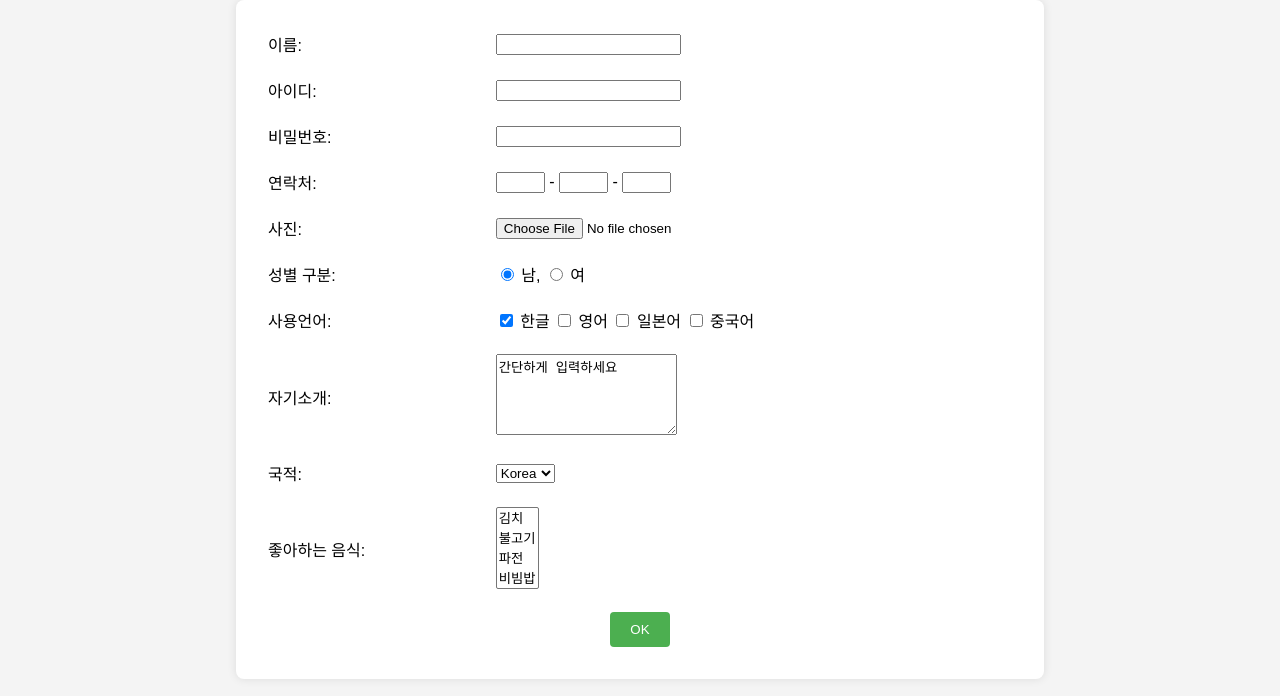
Repository: tjdwlsaos22/TJ_JSP
Page: jsp/HTML/src/main/webapp/Lec06.html
These files come from the project's save history. The page is drawn as it stood at one moment and after the next save; the edit follows.
The browser window is 1280 px wide. The pictures show the whole page.

Above is the page before, as saved 2024-01-17 05:15:51.

### jsp/HTML/src/main/webapp/Lec06.html
<!DOCTYPE html>
<html>
	<head>
		<meta charset="UTF-8">
		<title>Registration Form</title>
		<style>
			body {
				font-family: Arial, sans-serif;
				background-color: #f4f4f4;
				margin: 0;
				padding: 0;
			}
			form {
				width: 60%;
				margin: auto;
				background-color: #fff;
				padding: 20px;
				border-radius: 8px;
				box-shadow: 0 0 10px rgba(0, 0, 0, 0.1);
			}
			table {
				width: 100%;
			}
			td {
				padding: 10px;
			}
			textarea {
				resize: vertical;
			}
			input[type="submit"] {
				background-color: #4caf50;
				color: #fff;
				cursor: pointer;
				border: none;
				padding: 10px 20px;
				border-radius: 4px;
			}
			input[type="submit"]:hover {
				background-color: #45a049;
			}
		</style>
	</head>
	<body>
		<form action="#" method="get">
			<table>
				<tr>
					<td>이름:</td>
					<td><input type="text" name="userName"></td>
				</tr>
				<tr>
					<td>아이디:</td>
					<td><input type="text" name="userId"></td>
				</tr>
				<tr>
					<td>비밀번호:</td>
					<td><input type="password" name="userPassword"></td>
				</tr>
				<tr>
					<td>연락처:</td>
					<td>
						<input type="text" name="phone1" size="3"> -
						<input type="text" name="phone2" size="3"> -
						<input type="text" name="phone3" size="3">
					</td>
				</tr>
				<tr>
					<td>사진:</td>
					<td><input type="file" name="picture"></td>
				</tr>
				<tr>
					<td>성별 구분:</td>
					<td>
						<input type="radio" name="gender" value="man" checked="checked"> 남,
						<input type="radio" name="gender" value="woman"> 여
					</td>
				</tr>
				<tr>
					<td>사용언어:</td>
					<td>
						<input type="checkbox" name="lang" value="kor" checked="checked"> 한글
						<input type="checkbox" name="lang" value="eng"> 영어
						<input type="checkbox" name="lang" value="jpn"> 일본어
						<input type="checkbox" name="lang" value="chn"> 중국어
					</td>
				</tr>
				<tr>
					<td>자기소개:</td>
					<td><textarea rows="5" cols="20" name="introduce">간단하게 입력하세요</textarea></td>
				</tr>
				<tr>
					<td>국적:</td>
					<td>
						<select name="nationally">
							<option>Korea</option>
							<option>USA</option>
							<option>Japan</option>
							<option>China</option>
						</select>
					</td>
				</tr>
				<tr>
					<td>좋아하는 음식:</td>
					<td>
						<select multiple="multiple" name="food">
							<option>김치</option>
							<option>불고기</option>
							<option>파전</option>
							<option>비빔밥</option>
						</select>
					</td>
				</tr>
				<tr>
					<td colspan="2" align="center"><input type="submit" name="order" value="OK"></td>
				</tr>
			</table>
		</form>
	</body>
</html>

After the next save:
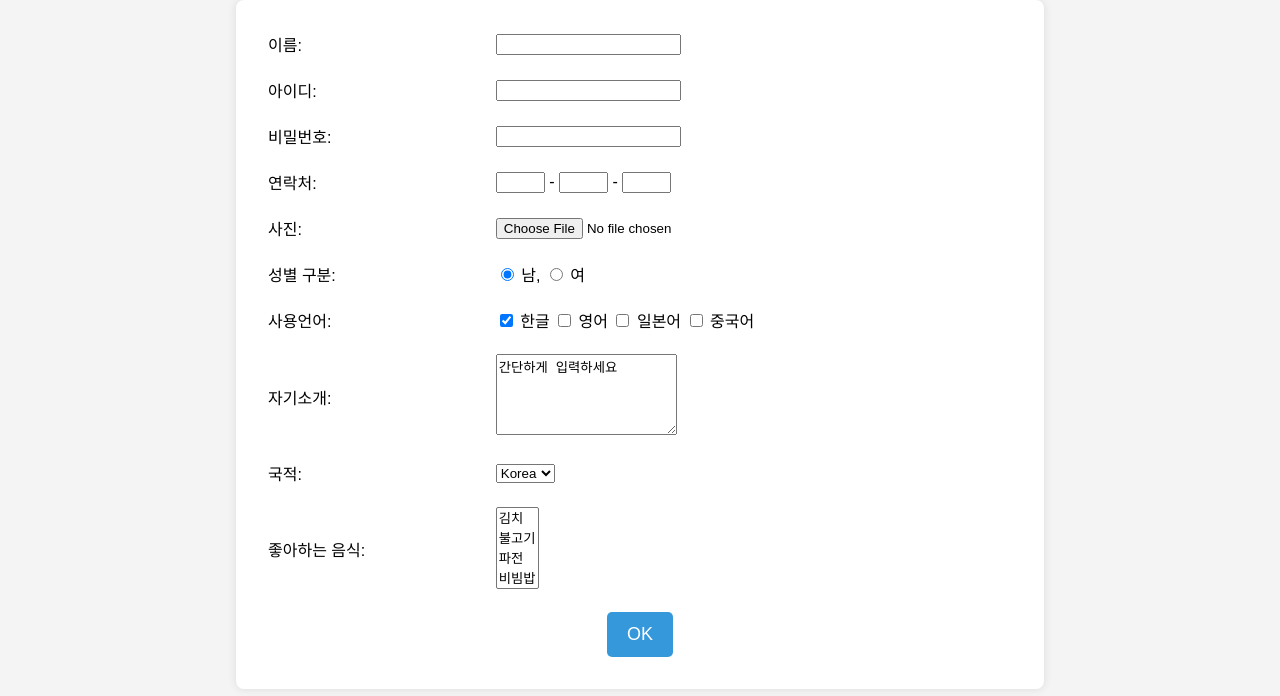
Saved 2 min 40 s later.
--- a/jsp/HTML/src/main/webapp/Lec06.html
+++ b/jsp/HTML/src/main/webapp/Lec06.html
@@ -28,12 +28,14 @@
 				resize: vertical;
 			}
 			input[type="submit"] {
-				background-color: #4caf50;
-				color: #fff;
-				cursor: pointer;
-				border: none;
-				padding: 10px 20px;
-				border-radius: 4px;
+			background-color: #3498db;
+            color: #fff;
+            cursor: pointer;
+            border: none;
+            padding: 12px 20px;
+            border-radius: 5px;
+            font-size: 18px;
+            transition: background-color 0.3s;
 			}
 			input[type="submit"]:hover {
 				background-color: #45a049;
